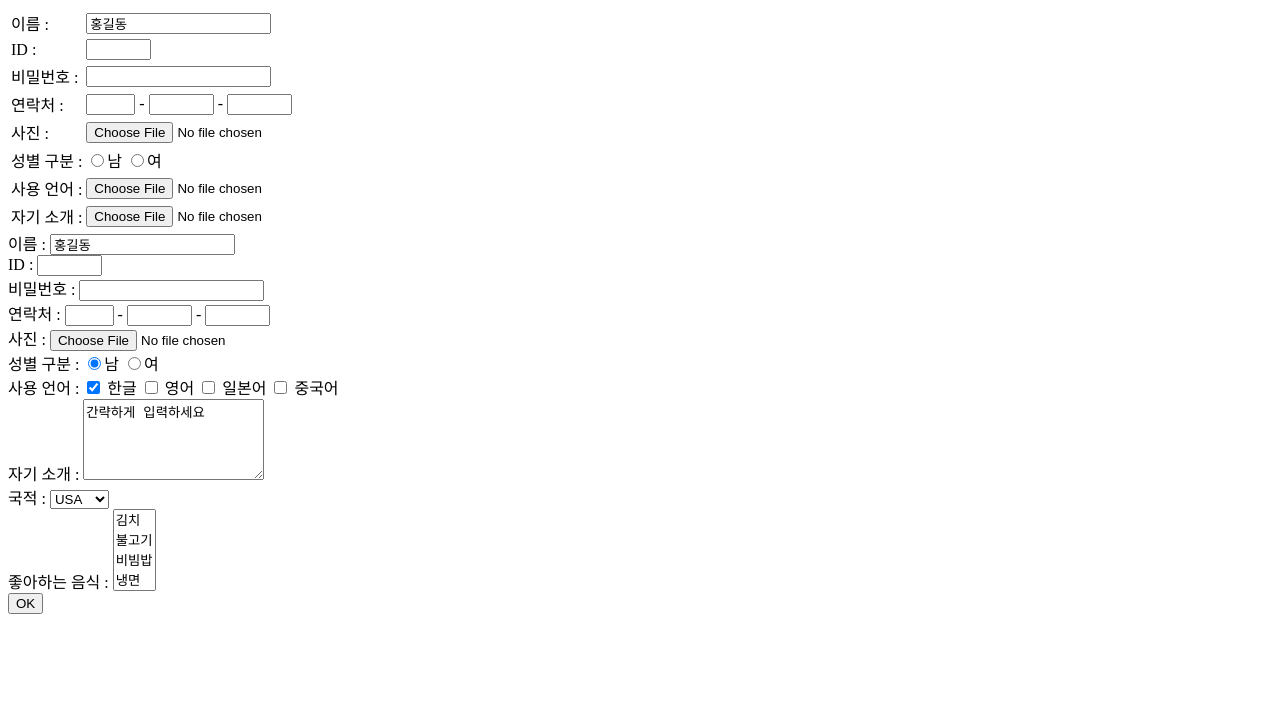
Repository: HyeogDo/Study_Java
Page: JSP/HTML/src/main/webapp/Lec07.html
An editor plug-in stored every save of this project. The page is shown before and after the next save, followed by the edit.
The browser window is 1280 px wide. The pictures show the whole page.

Above is the page before, as saved 2022-03-15 05:33:18.

After the next save:
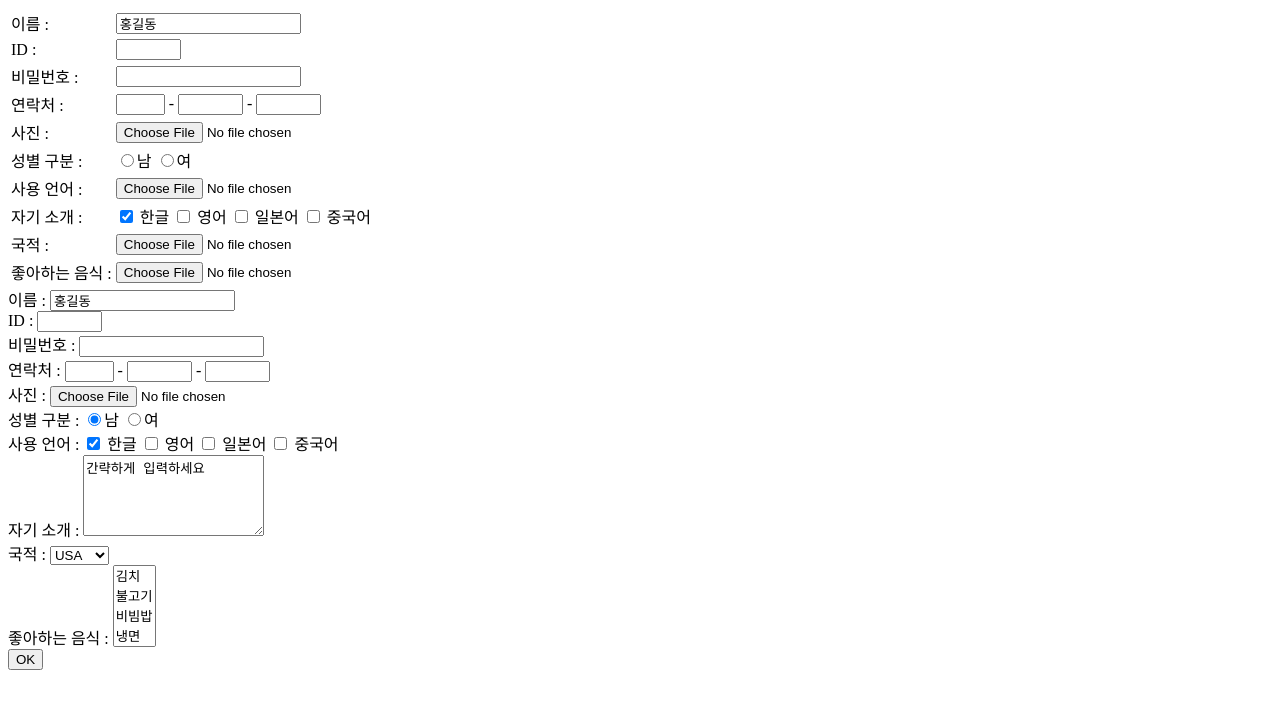
Saved 69 s later.
--- a/JSP/HTML/src/main/webapp/Lec07.html
+++ b/JSP/HTML/src/main/webapp/Lec07.html
@@ -38,6 +38,17 @@
 				</tr>
 				<tr>
 					<td>자기 소개 : </td>
+					<td> <input type="checkbox" name = "lang" value="kor" checked="checked"> 한글
+						<input type="checkbox" name = "lang" value="eng" > 영어
+						<input type="checkbox" name = "lang" value="jpn" > 일본어
+						<input type="checkbox" name = "lang" value="chn" > 중국어</td>
+				</tr>
+				<tr>
+					<td>국적 : </td>
+					<td> <input type="file" name="picture"></td>
+				</tr>
+				<tr>
+					<td>좋아하는 음식 : </td>
 					<td> <input type="file" name="picture"></td>
 				</tr>
 			</table>
